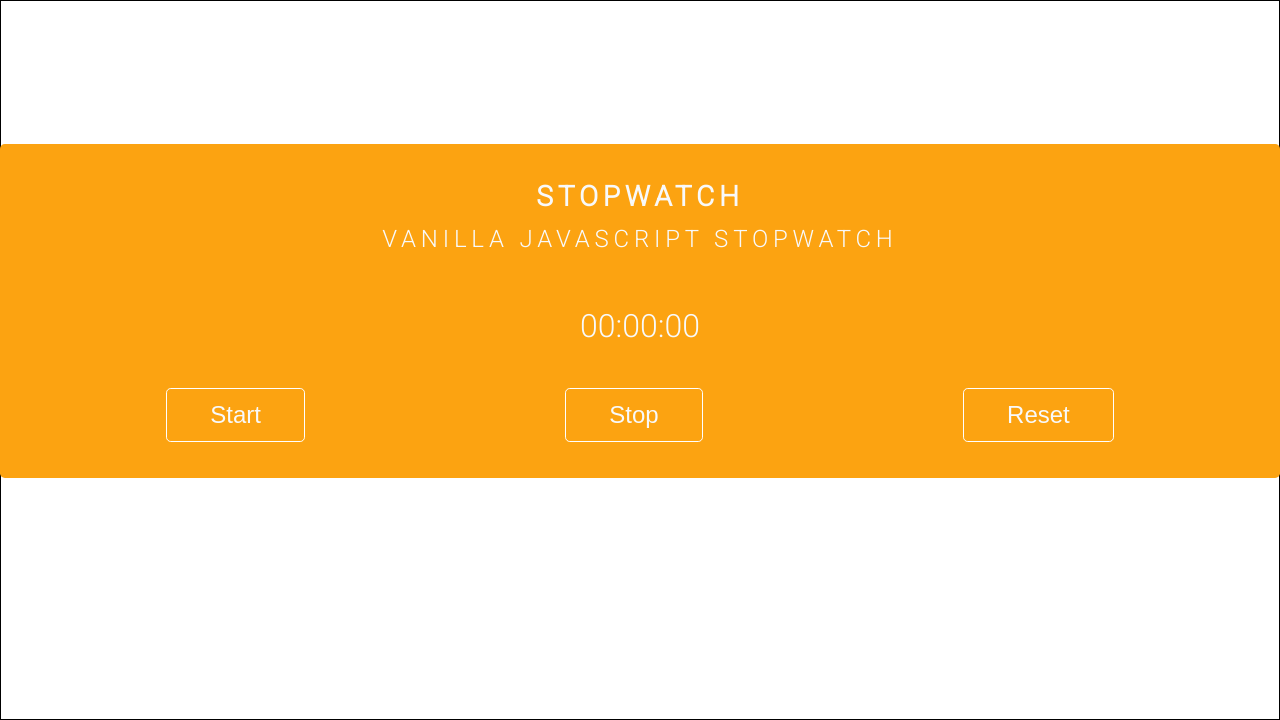
Repository: siaxiong/siaxiong.github.io
Page: doc/stopWatch.html
An editor plug-in stored every save of this project. The page is shown before and after the next save, followed by the edit.
The browser window is 1280 px wide. The pictures show the whole page.

Above is the page before, as saved 2021-03-11 16:29:14.

After the next save:
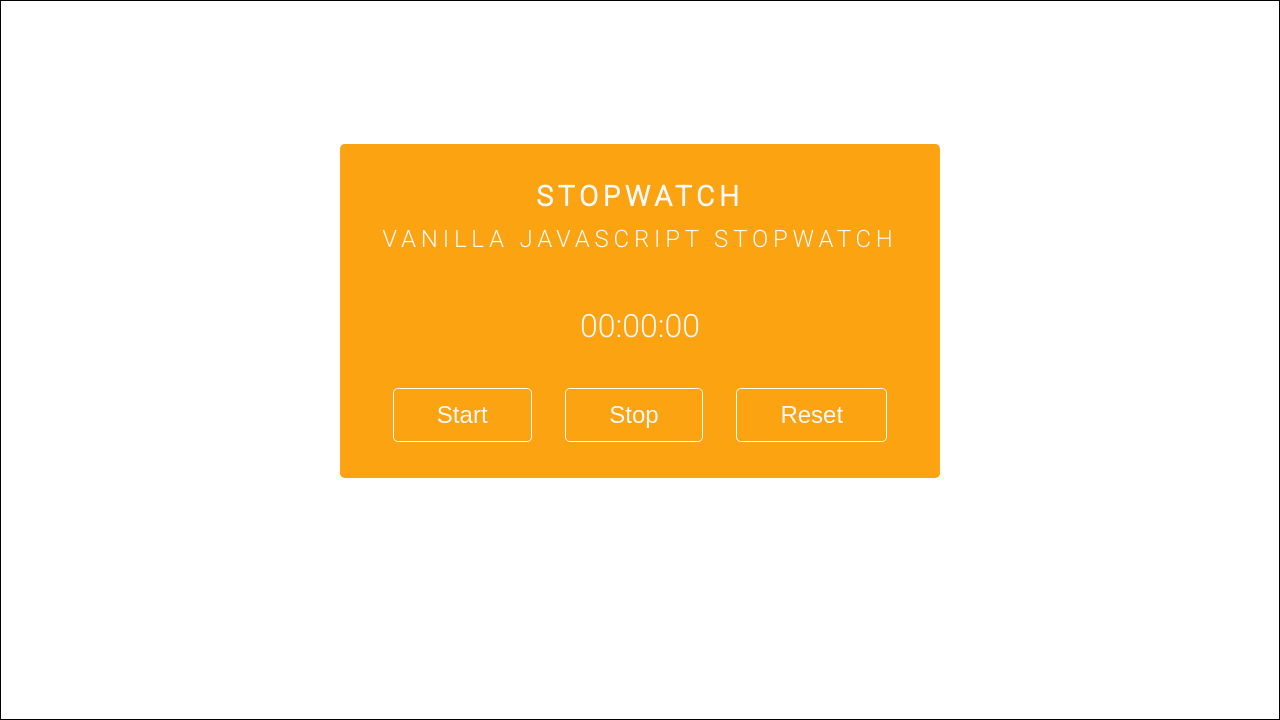
Saved 10 s later.
--- a/doc/stopWatch.html
+++ b/doc/stopWatch.html
@@ -97,7 +97,6 @@
     }
 
     .stopwatch--medium {
-        max-width: 1700px;
     }
 
     @media only screen and (max-width: 700px) {
